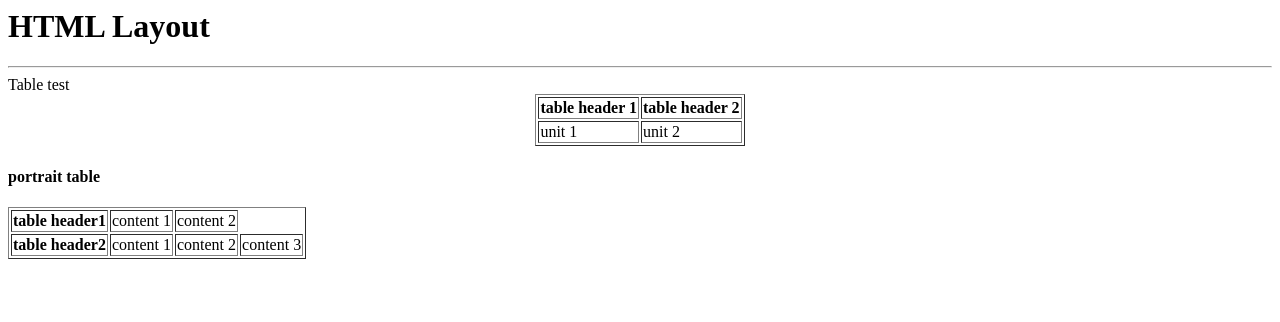
Repository: libelosophy/anjoyo
Page: workspace/QTalk/WebContent/html/table.html
These files come from the project's save history. The page is drawn as it stood at one moment and after the next save; the edit follows.
The browser window is 1280 px wide. The pictures show the whole page.

Above is the page before, as saved 2013-09-09 11:29:02.

### workspace/QTalk/WebContent/html/table.html
<html>
<head>
<title>HTML Layout</title>
<meta name="author" content="jh">

</head>

<h1> HTML Layout </h1>
<body>
<hr />


	<table border="1" align="center"> Table test
		<tr>
			<th>table header 1</th>
			<th>table header 2</th>
		</tr>
		<tr>
			<td>unit 1</td>
			<td>unit 2</td>
		</tr>
	</table>

	<h4> portrait table </h4>
	<table border="1">
		<tr>
			<th> table header1</th>
			<td> content 1</td>
			<td> content 2</td>
		</tr>

		<tr>
			<th> table header2</th>
			<td> content 1</td>
			<td> content 2</td>
			<td> content 3</td>
		</tr>
	</table>


</body>
</html>

After the next save:
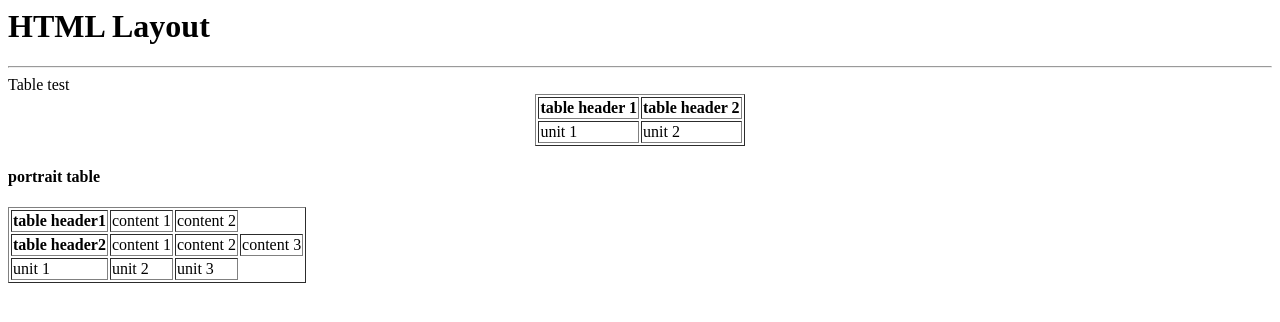
Saved 58 s later.
--- a/workspace/QTalk/WebContent/html/table.html
+++ b/workspace/QTalk/WebContent/html/table.html
@@ -35,6 +35,12 @@
 			<td> content 2</td>
 			<td> content 3</td>
 		</tr>
+		<tr>
+			<td> unit 1 </td>
+			<td> unit 2 </td>
+			<td> unit 3 </td>
+		</tr>
+
 	</table>
 
 
